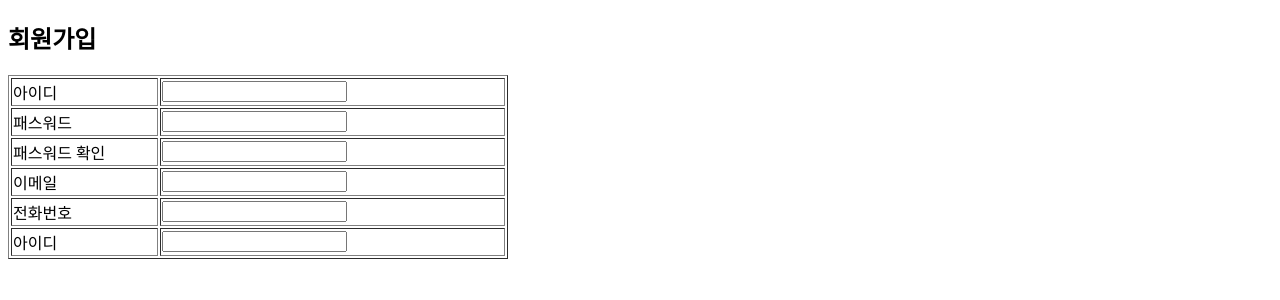
Repository: ohseung-web/OTjsp2026
Page: http://localhost/chapter/Request/RequestJoin.jsp
The author's editor kept a copy of each file at every save. The page is drawn from the files as they stood at one save, then again after the next save.
The browser window is 1280 px wide. The pictures show the whole page.
The page is served by Tomcat 9.

Above is the page before, as saved 2026-10-17 07:14:16.

After the next save:
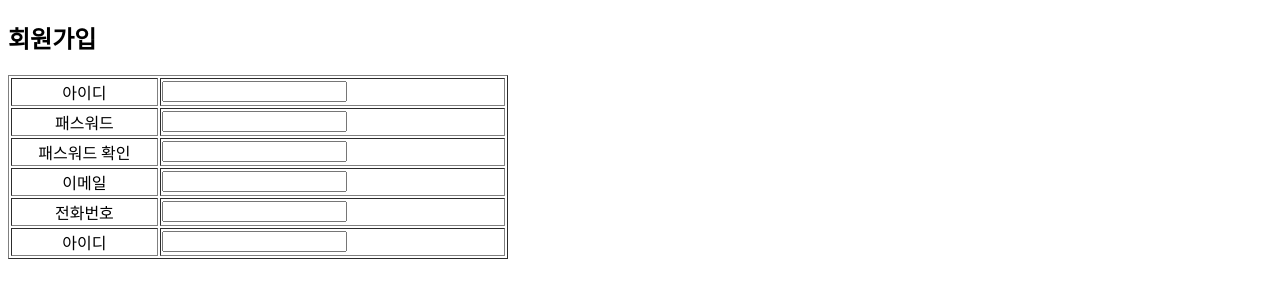
Saved 64 s later.
--- a/chapter/src/main/webapp/Request/RequestJoin.jsp
+++ b/chapter/src/main/webapp/Request/RequestJoin.jsp
@@ -11,37 +11,37 @@
 	<form action="RequestJoinProc.jsp" method="post">
 		<table  width="500" border="1">
 			<tr hight="50">
-				<td width="150" align="cneter">아이디</td>
+				<td width="150" align="center">아이디</td>
 				<td width="350">
 					<input type="text" name="id">
 				</td>
 			</tr>
 			<tr hight="50">
-				<td width="150" align="cneter">패스워드</td>
+				<td width="150" align="center">패스워드</td>
 				<td width="350">
 					<input type="password" name="pass">
 				</td>
 			</tr>
 			<tr hight="50">
-				<td width="150" align="cneter">패스워드 확인</td>
+				<td width="150" align="center">패스워드 확인</td>
 				<td width="350">
 					<input type="password" name="passchk">
 				</td>
 			</tr>
 			<tr hight="50">
-				<td width="150" align="cneter">이메일</td>
+				<td width="150" align="center">이메일</td>
 				<td width="350">
 					<input type="email" name="email">
 				</td>
 			</tr>
 			<tr hight="50">
-				<td width="150" align="cneter">전화번호</td>
+				<td width="150" align="center">전화번호</td>
 				<td width="350">
 					<input type="tel" name="tel">
 				</td>
 			</tr>
 			<tr hight="50">
-				<td width="150" align="cneter">아이디</td>
+				<td width="150" align="center">아이디</td>
 				<td width="350">
 					<input type="text" name="id">
 				</td>
